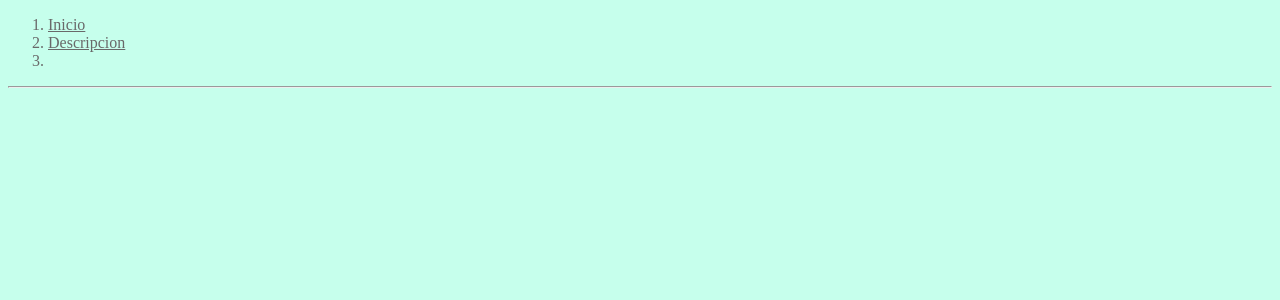
Repository: Arito05/Mi-primer-Repositorio
Page: nuevo/zdescripcion.html
The author's editor kept a copy of each file at every save. The page is drawn from the files as they stood at one save, then again after the next save.
The browser window is 1280 px wide. The pictures show the whole page.

Above is the page before, as saved 2024-07-20 12:08:22.

After the next save:
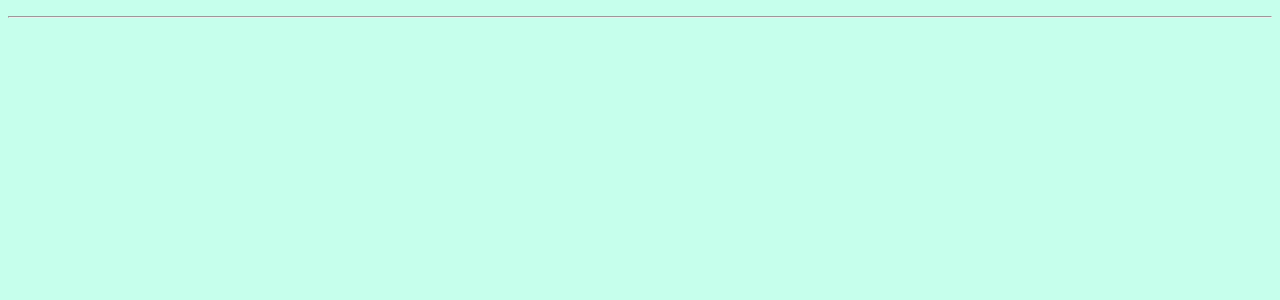
Saved 4 s later.
--- a/nuevo/zdescripcion.html
+++ b/nuevo/zdescripcion.html
@@ -11,12 +11,7 @@
   </head>
   <body>
     <ol style="color: dimgrey">
-      <li><a href="inicio.html" style="color: dimgrey">Inicio</a></li>
-      <li>
-        <a href="zdescripcion.html" style="color: dimgrey">Descripcion</a>
-      </li>
-      <li>
-        <a href="inscripcion.html" style="color: dimgrey"></a>
+
       </li>
     </ol>
     <hr style="color: white" />
